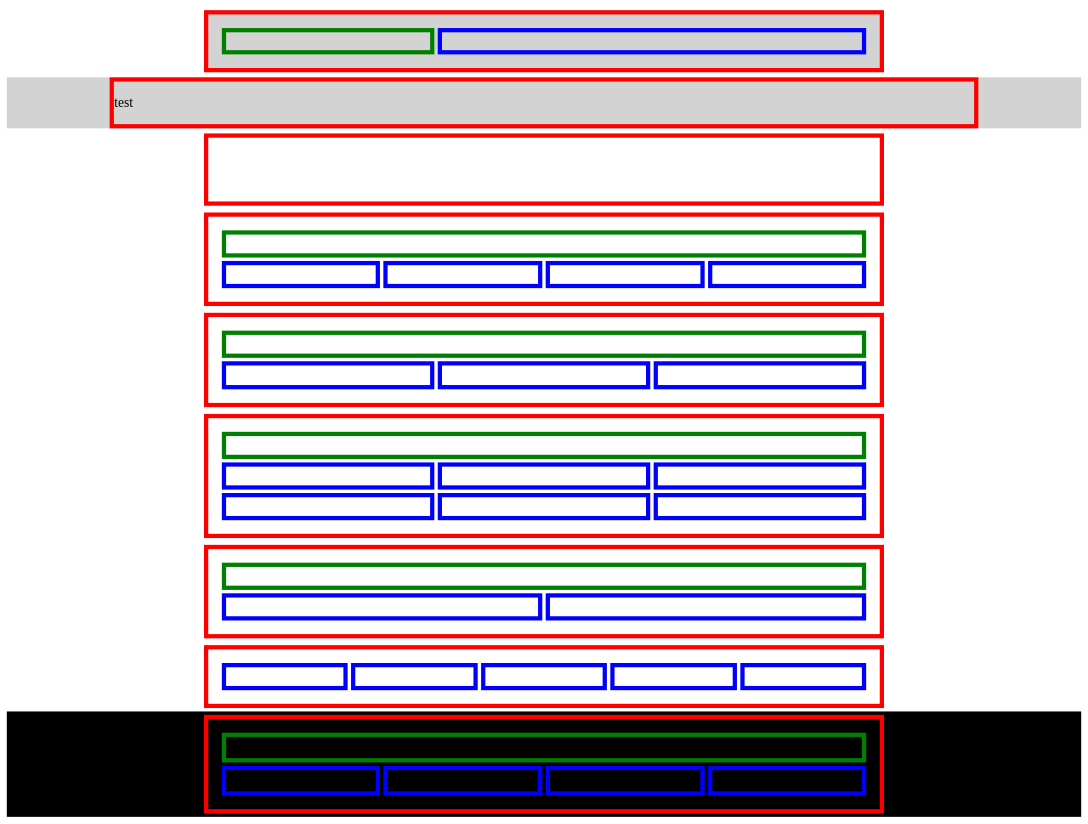
Repository: anderscederberg11/LAB2BG
Page: index.html
These files come from the project's save history. The page is drawn as it stood at one moment and after the next save; the edit follows.
The browser window is 1280 px wide. The pictures show the whole page, at 85% of full size.

Above is the page before, as saved 2024-01-30 23:04:20.

After the next save:
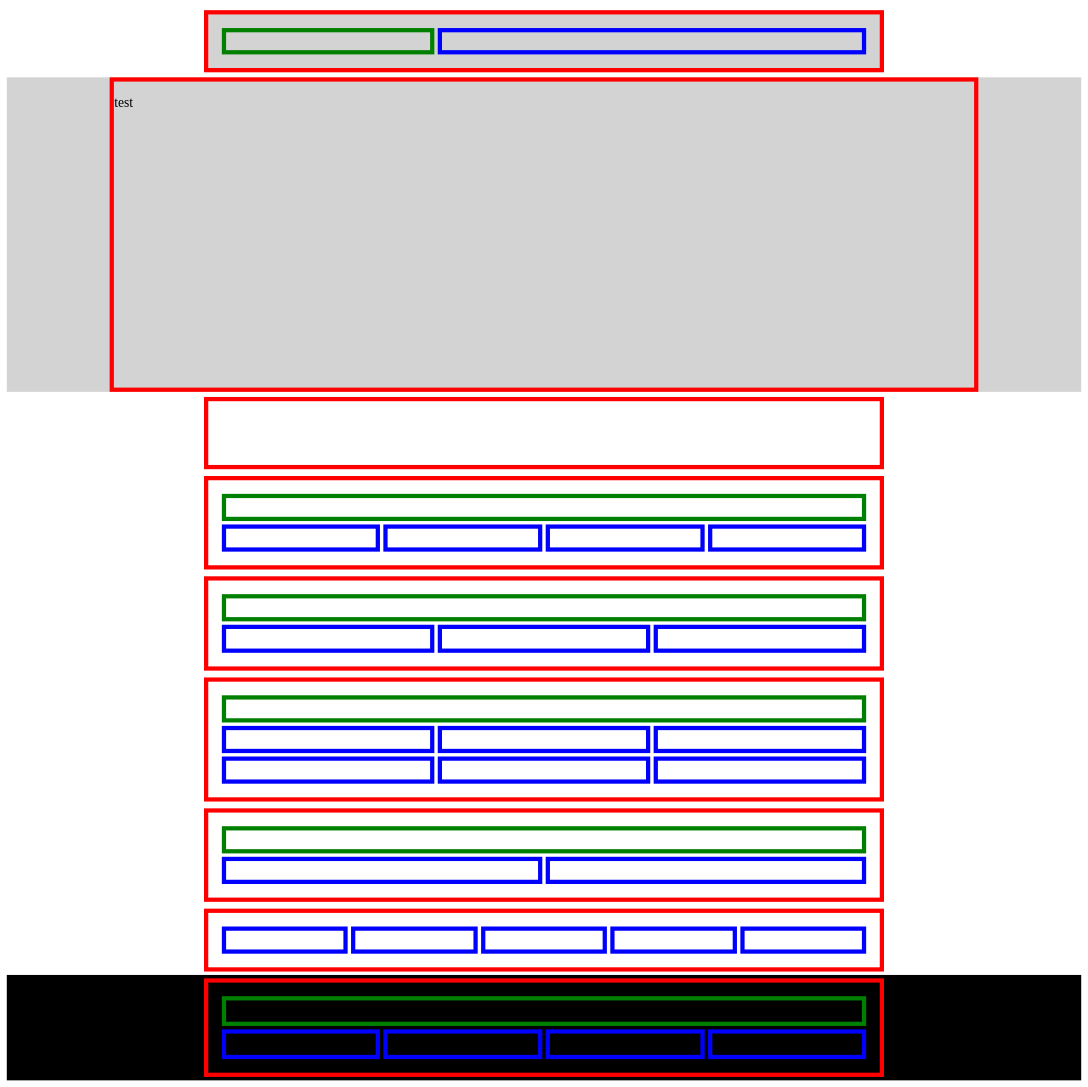
Saved 29 s later.
--- a/css/style.css
+++ b/css/style.css
@@ -38,7 +38,7 @@
 
 .sectionOneImage{
   width:80%;
-  height:50%;
+  height:50vh;
   border: 5px solid red;
 }
 
